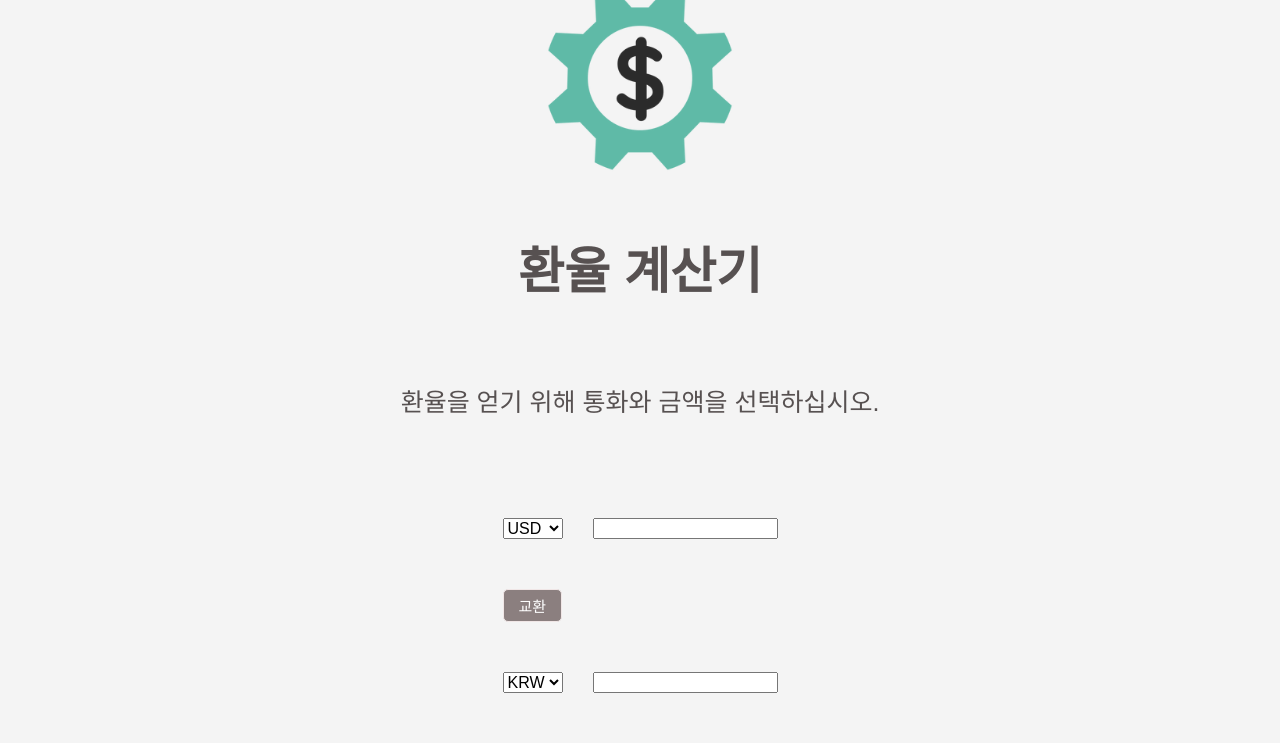
Repository: AbrorjonKuchkarov/exchange-rate
Page: index.html
An editor plug-in stored every save of this project. The page is shown before and after the next save, followed by the edit.
The browser window is 1280 px wide. The pictures show the whole page.

Above is the page before, as saved 2022-02-24 01:35:49.

After the next save:
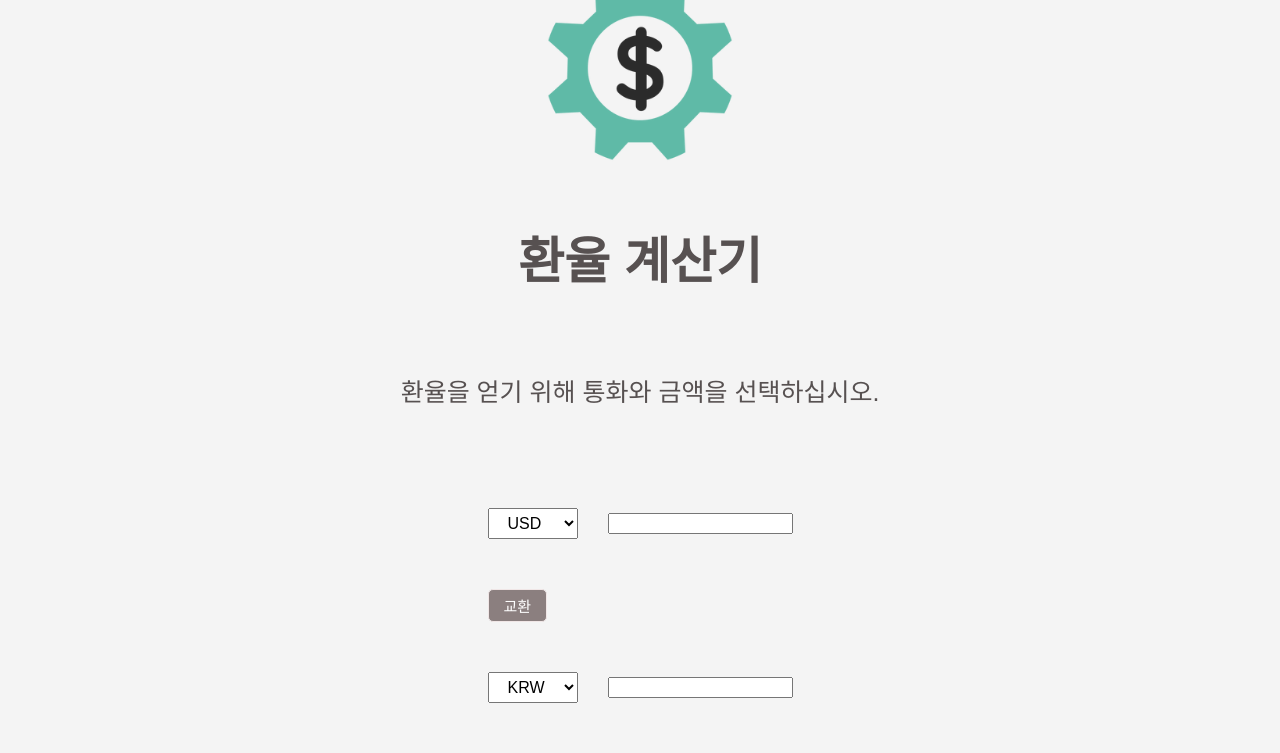
Saved 17 s later.
--- a/style.css
+++ b/style.css
@@ -53,5 +53,6 @@ p{
 #selectTwo{
    margin-right: 30px;
    font-size: 16px;
+   padding: 5px 15px;
 
 }
